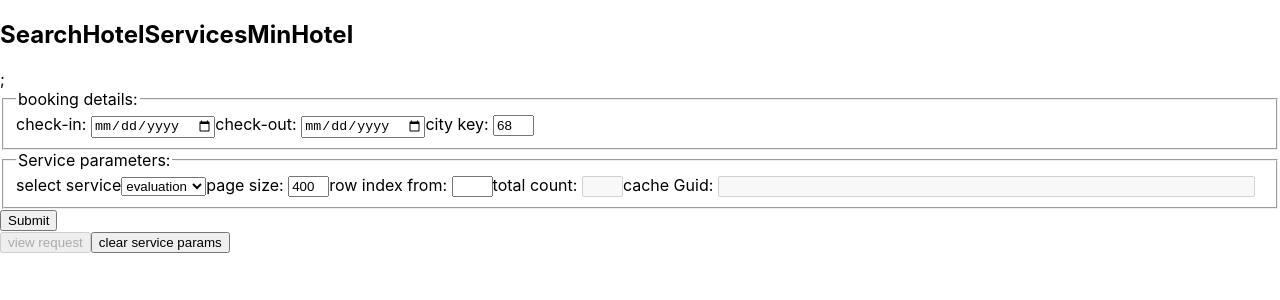
Repository: vsterev/il-test
Page: /min-price
These files come from the project's save history. The page is drawn as it stood at one moment and after the next save; the edit follows.
The browser window is 1280 px wide. The pictures show the whole page.
The project was rebuilt for these pictures with package versions that can differ from the ones it lists, and the page was loaded fresh each time. A package was used in the major version that the imports need, not the one package.json lists. Also part of the build but not shown: src/components/error/index.jsx.

Above is the page before, as saved 2021-04-28 06:26:42.

After the next save:
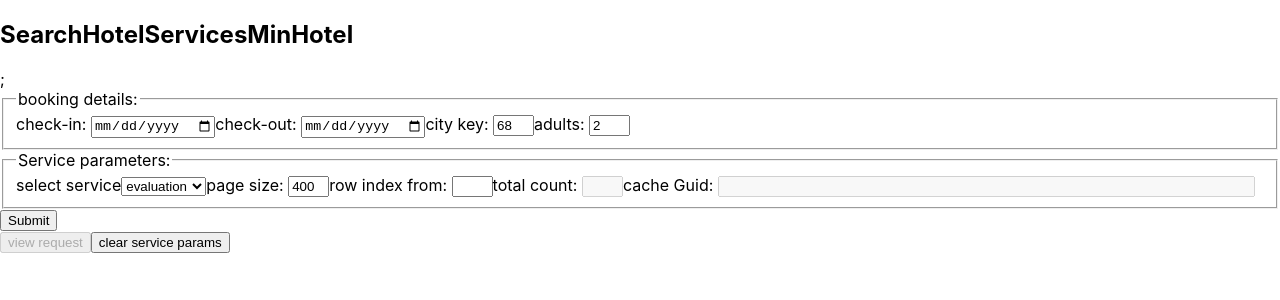
Saved 98 s later.
--- a/src/components/minPrice/index.jsx
+++ b/src/components/minPrice/index.jsx
@@ -74,6 +74,14 @@ const MinPrice = () => {
             value={details.cityKey}
             onChange={(e) => setDetails({ ...details, cityKey: e.target.value })}
           />
+          <label htmlFor="adults">adults: </label>
+          <input
+            type="text"
+            id="adults"
+            size="2"
+            value={details.adults}
+            onChange={(e) => setDetails({ ...details, adults: e.target.value })}
+          />
         </fieldset>
         <fieldset>
           <legend>Service parameters:</legend>
